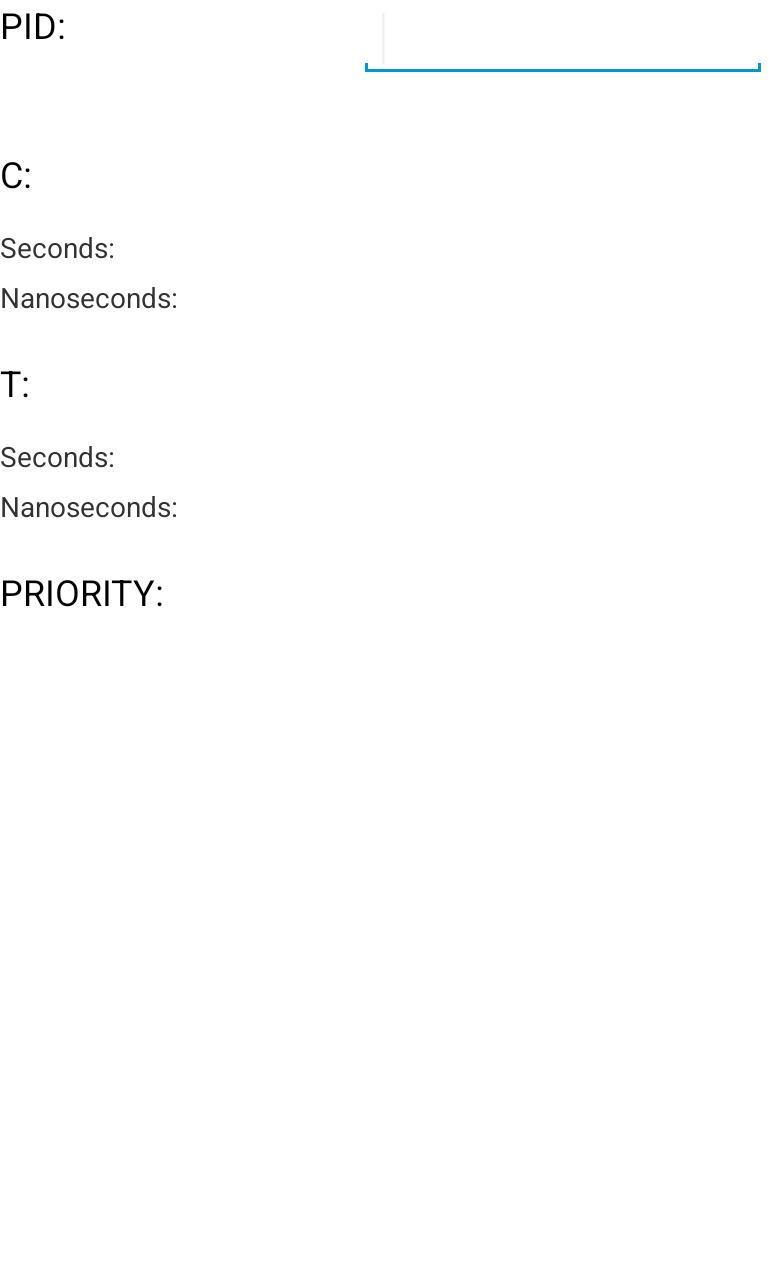
Repository: ankitC/taskmon
Layout: taskmon/res/layout/activity_set_reserve.xml
These files come from the project's save history. The layout is drawn as it stood at one moment and after the next save; the edit follows.
It is drawn on a 768 x 1280 px phone screen (xhdpi) without system bars, with theme AppTheme; the app's code is not run.

Above is the layout before, as saved 2013-10-07 02:18:33.

After the next save:
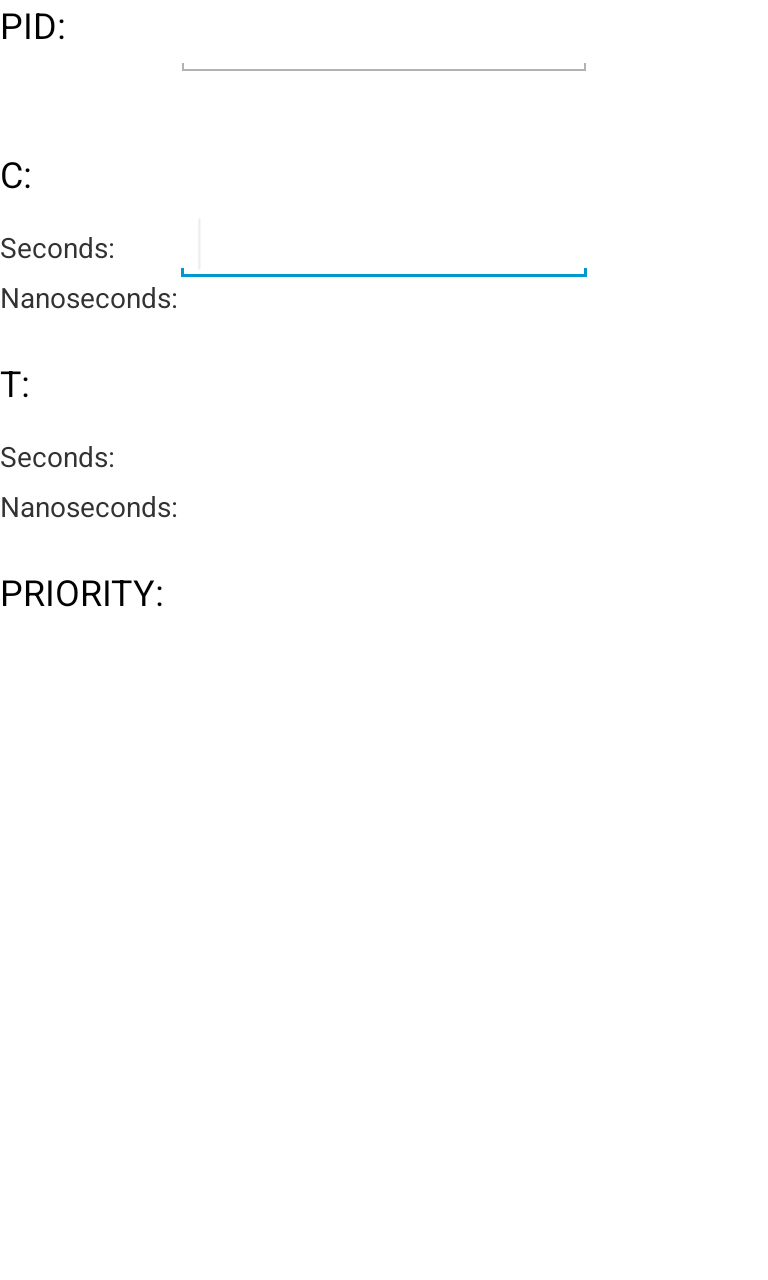
Saved 4 min 42 s later.
--- a/taskmon/res/layout/activity_set_reserve.xml
+++ b/taskmon/res/layout/activity_set_reserve.xml
@@ -51,7 +51,7 @@
         android:text="@string/seconds" />
 
     <TextView
-        android:id="@+id/textView5"
+        android:id="@+id/textView6"
         android:layout_width="wrap_content"
         android:layout_height="wrap_content"
         android:layout_alignParentLeft="true"
@@ -60,7 +60,7 @@
         android:text="@string/nanoSeconds" />
 
     <TextView
-        android:id="@+id/textView5"
+        android:id="@+id/textView7"
         android:layout_width="wrap_content"
         android:layout_height="wrap_content"
         android:layout_alignParentLeft="true"
@@ -69,7 +69,7 @@
         android:text="@string/seconds" />
 
     <TextView
-        android:id="@+id/textView5"
+        android:id="@+id/textView8"
         android:layout_width="wrap_content"
         android:layout_height="wrap_content"
         android:layout_alignParentLeft="true"
@@ -82,8 +82,17 @@
         android:layout_width="wrap_content"
         android:layout_height="wrap_content"
         android:layout_alignParentTop="true"
-        android:layout_marginLeft="90dp"
-        android:layout_toRightOf="@+id/textView5"
+        android:layout_centerHorizontal="true"
+        android:ems="10"
+        android:inputType="numberDecimal" />
+
+    <EditText
+        android:id="@+id/editText2"
+        android:layout_width="wrap_content"
+        android:layout_height="wrap_content"
+        android:layout_alignBaseline="@+id/textView5"
+        android:layout_alignBottom="@+id/textView5"
+        android:layout_centerHorizontal="true"
         android:ems="10"
         android:inputType="numberDecimal" >
 
